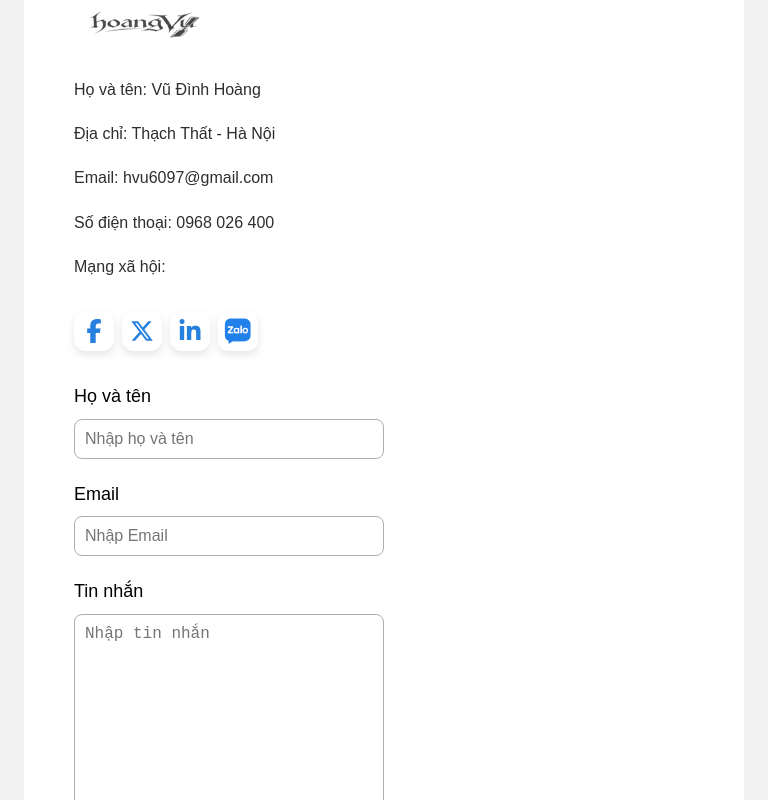
Repository: hoang28092000/portfolio
Page: pages/contact.html
The author's editor kept a copy of each file at every save. The page is drawn from the files as they stood at one save, then again after the next save.
The browser window is 768 px wide. The pictures show the whole page.

Above is the page before, as saved 2025-04-12 01:12:39.

### pages/contact.html
<!DOCTYPE html>
<html lang="en">
  <head>
    <meta charset="UTF-8" />
    <meta name="viewport" content="width=device-width, initial-scale=1.0" />
    <link
      rel="stylesheet"
      href="https://cdnjs.cloudflare.com/ajax/libs/font-awesome/6.7.2/css/all.min.css"
      integrity="sha512-Evv84Mr4kqVGRNSgIGL/F/aIDqQb7xQ2vcrdIwxfjThSH8CSR7PBEakCr51Ck+w+/U6swU2Im1vVX0SVk9ABhg=="
      crossorigin="anonymous"
      referrerpolicy="no-referrer"
    />
    <link rel="stylesheet" href="../css/pages.css" />
    <link rel="stylesheet" href="../css/responsive-pages.css" />
    <title>Liên hệ</title>
  </head>
  <body>
    <main id="main-contact">
      <div class="container">
       <div class="contact">
        <h2 class="title-heading title-contact">Liên hệ</h2>
        <div class="content-contact">
          <div class="contact-left">
            <div class="logo-contact">
              <img
                src="../asset/image/hoangVu_logo.png"
                alt="logo"
                class="img-logo-contact"
              />
            </div>
            <div class="info-contact">
              <p class="txt-contact">Họ và tên: Vũ Đình Hoàng</p>
              <p class="txt-contact">Địa chỉ: Thạch Thất - Hà Nội</p>
              <p class="txt-contact">Email: hvu6097@gmail.com</p>
              <p class="txt-contact">Số điện thoại: 0968 026 400</p>
            </div>
            <p class="txt-contact">Mạng xã hội:</p>
            <div class="social-contact">
              <a
                href="https://www.facebook.com/profile.php?id=100008725181742"
                target="_blank"
                ><i class="fa-brands fa-facebook-f icon-contact"></i
              ></a>
              <a href="https://x.com/kinsman2809" target="_blank"
                ><i class="fa-brands fa-x-twitter icon-contact"></i
              ></a>
              <a
                href="https://www.linkedin.com/in/ho%C3%A0ng-v%C5%A9-0b4891179/"
                target="_blank"
                ><i class="fa-brands fa-linkedin-in icon-contact"></i
              ></a>
              <a href="https://zalo.me/0968026400" target="_blank">
                <img src="../asset/image/icon-zalo.png" alt="zalo" class="img-social-contact">
              </a>
            </div>
          </div>
          <div class="contact-right">
            <form action="" class="form-contact">
              <div class="input-contact">
                <label for="name" class="label-contact">Họ và tên</label>
                <input type="text" id="name" placeholder="Nhập họ và tên" class="input-field" required />
              </div>
              <div class="input-contact">
                <label for="email" class="label-contact">Email</label>
                <input type="email" id="email" placeholder="Nhập Email" class="input-field" required />
              </div>
              <div class="input-contact">
                <label for="message" class="label-contact">Tin nhắn</label>
                <textarea
                  name="message"
                  id="message" placeholder="Nhập tin nhắn"
                  cols="30"
                  rows="10"
                  class="input-field"
                  required
                ></textarea>
              </div>
              <button type="submit" class="btn-submit">Gửi</button>
            </form>
          </div>
        </div>
       </div>
      </div>
    </main>
  </body>
</html>

### css/pages.css
* {
  padding: 0;
  margin: 0;
  box-sizing: border-box;
}
html {
  font-family: Poppins, sans-serif;
  font-size: 62.5%;
}

.container {
  width: 1170px;
  max-width: calc(100% - 48px);
  margin: 0 auto;
}

/* main */

#about,
#skills {
  background-color: #f2f2f2;
}
.top-content-about {
  padding: 60px 0;
  display: flex;
  justify-content: space-between;
  align-items: center;
}
.about-left {
  width: 40%;
}
.img-about {
  width: 100%;
  border: 6px solid #7a7575;
  border-radius: 50%;
}
.about-right {
  max-width: 702px;
  height: 362px;
  margin-left: 120px;
  padding-right: 60px;
}
.title-heading {
  font-size: 6rem;
  color: #2e2e2e;
  font-weight: 700;
  margin-bottom: 30px;
}
.about-right .desc-about {
  font-size: 1.6rem;
  color: #6b6565;
  font-weight: 500;
  line-height: 1.76;
  margin-top: 20px;
  text-align: justify;
}
.content-main {
  display: grid;
  grid-template-columns: 1fr 1fr;
  gap: 80px;
  padding-top: 70px;
}
.paragraph {
  margin-bottom: 20px;
}
.heading-main {
  font-size: 2rem;
  color: #2e2e2e;
  margin-bottom: 10px;
  line-height: 1.66;
}
.desc-content-main {
  font-size: 1.6rem;
  color: #2e2e2e;
  font-weight: 300;
  line-height: 1.76;
  text-align: justify;
}
.list-img-about {
  display: flex;
  justify-content: center;
  align-items: center;
  margin-top: 30px;
  gap: 20px;
  padding-bottom: 30px;
}
.list-img-about img {
  width: 200px;
  height: 200px;
  border-radius: 10px;
  border: 1px solid #2e2e2e;
  transition: all 0.3s ease-in-out;
}
.list-img-about img:hover {
  transform: scale(1.1);
  border: 2px solid #fff;
}

/* skills */
.title-skills {
  padding-top: 60px;
  text-align: center;
}
#skills ul {
    padding-left: 18px;
}

.my-project{
    margin-top: 70px;
}
.list-project{
    display: grid;
    grid-template-columns: repeat(auto-fit, minmax(300px, 1fr));
    gap: 30px;
    margin-top: 60px;
}
.list-project a{
    text-decoration: none;
    color: #2e2e2e;
}
.card-project{
    position: relative;
    background-color: #fff;
    border-radius: 10px;
    box-shadow: 0 4px 8px rgba(0, 0, 0, 0.1);
    overflow: hidden;
    transition: all 0.3s ease-in-out;
    cursor: pointer;
}
.card-project:hover{
    transform: scale(1.05);
    box-shadow: 0 8px 16px rgba(0, 0, 0, 0.2);
}
.card-project::after {
    display: flex;
    justify-content: center;
    align-items: center;
    font-weight: 600;
    color: #fff;
    content: 'Xem Thêm Demo';
    font-size: 3rem;
    position: absolute;
    top: 0; left: 0;
    width: 100%; height: 100%;
    background: #16161633; /* màu đen mờ */
    opacity: 0;
    transition: opacity 0.3s ease;
    pointer-events: none; /* để không cản trở click hay hover */
    z-index: 1;
  }
  .card-project:hover::after {
    opacity: 1;
  }

.card-project img{
    width: 100%;
    height: 200px;
    object-fit: cover;
}

.info-card{
    padding: 30px 20px 20px;
    text-align: center;

}
.heading-card{
    font-size: 2rem;
    color: #2e2e2e;
    margin-bottom: 10px;
}
.desc-card{
    font-size: 1.6rem;
    color: #2e2e2e;
    font-weight: 300;
    line-height: 1.76;
}
.desc-card span {
    font-weight: bold;
}

#main-contact{
    padding: 60px 0;
    background-color: #f2f2f2;
}
#main-contact .title-contact{
    font-size: 4rem;
    text-align: center;
    margin-bottom: 30px;
}

/* contact */
#main-contact{
    display: flex;
    justify-content: center;
    align-items: center;
    width: 100%;
    height: 100vh;
    overflow: hidden;
}
.contact{
    background-color: #fff;
    padding: 50px;
}
.contact .content-contact{
    display: flex;
    justify-content: space-between;
}

.contact-left {
    width: 50%;
}
.logo-contact{
    display: flex;
    align-items: center;
    margin-bottom: 20px;
}
.img-logo-contact{
    width: 140px;
    height: 60px;
    padding: 10px;

}

.img-social-contact{
    width: 60px;
    height: 60px;
    border-radius: 10px;
    box-shadow: 0 4px 8px rgba(0, 0, 0, 0.1);

}
.img-social-contact:hover,
.icon-contact:hover{
    transform: scale(1.1);
    box-shadow: 0 8px 16px rgba(0, 0, 0, 0.2);
}
.social-contact{
    display: flex;
    align-items: center;
    height: 60px;
    gap: 20px;
    margin-top: 20px;
}
.social-contact a{
    width: 60px;
    height: 60px;
    display: block;
    text-decoration: none;
    color: #2e2e2e;
}
.contact-right {
    width: 50%;
}
.icon-contact{
    width: 60px;
    height: 60px;
    display: flex;
    justify-content: center;
    align-items: center;
    font-size: 2.6rem;
    box-shadow: 0 4px 8px rgba(0, 0, 0, 0.1);
    border-radius: 12px;
    color: #2680de;
}

.txt-contact{
    font-size: 1.8rem;
    color: #2e2e2e;
    margin-bottom: 12px;
    line-height: 1.76;
}
.input-contact{
    margin-bottom: 20px;
}

.label-contact{
    display: block;
    font-size: 1.8rem;
    color: #000000;
    line-height: 1.76;
    font-weight: 500;
    margin-bottom: 6px;
}
.input-contact input{
    width: 100%;
    padding: 10px;
    border-radius: 8px;
    border: 1px solid #afacac;
    font-size: 1.6rem;
    color: #2e2e2e;
    outline: none;
}
.input-contact textarea{
    width: 100%;
    padding: 10px;
    border-radius: 8px;
    border: 1px solid #afacac;
    font-size: 1.6rem;
    color: #2e2e2e;
    outline: none;
}

.btn-submit{
    background-color: #2680de;
    color: #fff;
    padding: 10px 20px;
    border-radius: 8px;
    border: none;
    font-size: 1.8rem;
    cursor: pointer;
    transition: all 0.3s ease-in-out;
}
.btn-submit:hover{
    background-color: #1a5bb8;
}

### css/responsive-pages.css
/* bout-me */
@media (min-width: 1024.02px) and (max-width: 1169.98px) {
  .top-content-about {
    display: flex;
    flex-direction: column;
    align-items: center;
    padding-bottom: 40px;
  }
  .list-img-about {
    display: flex;
    flex-wrap: wrap;
    justify-content: center;
    align-items: start;
    gap: 30px;
  }
  .list-img-about img {
    max-width: 200px;
    display: block;
    border: 1px solid #2e2e2e;
  }
  .about-left {
    width: 60%;
    margin-bottom: 30px;
  }
  .about-right {
    width: 100%;
    margin-left: 0;
    padding-right: 0;
  }
  .title-heading {
    font-size: 6rem;
    text-align: center;
    margin-bottom: 16px;
  }
  .about-right .desc-about {
    font-size: 1.8rem;
    margin-bottom: 20px;
  }

  /* contact */

}
@media (max-width: 1024px) {
  .list-img-about {
    display: grid;
    grid-template-columns: 1fr 1fr 1fr;
    gap: 20px;
    flex-wrap: wrap;
    padding-bottom: 30px;
    align-items: start;
  }
  .about-left {
    width: 40%;
  }
  .about-right {
    width: 60%;
  }
  .img-about {
    width: 100%;
    height: auto;
    border-radius: 50%;
    border: 1px solid #2e2e2e;
  }
  .list-img-about img {
    display: block;
    width: 100%;
    height: auto;
    border: 1px solid #2e2e2e;
  }

}
@media (min-width: 768px) and (max-width: 1023.98px) {
  .about-right {
    width: 60%;
    height: auto;
  }
}
@media (max-width: 768px) {
  .top-content-about {
    display: flex;
    flex-direction: column;
    align-items: center;
    padding-bottom: 40px;
  }
  .about-left {
    margin-bottom: 30px;
  }
  .paragraph {
    text-align: justify;
  }
  .about-right {
    width: 100%;
    margin-left: 0;
    padding-right: 0;
  }
  .title-heading {
    font-size: 5rem;
    text-align: center;
    margin-bottom: 16px;
  }
  .about-right .desc-about {
    font-size: 1.6rem;
    margin-bottom: 20px;
    text-align: justify;
  }

  .list-img-about {
    display: grid;
    grid-template-columns: 1fr 1fr;
  }
  .list-img-about img {
    width: 100%;
    height: auto;
    border: 1px solid #2e2e2e;
  }
  .content-contact{
    display: grid;
    grid-template-columns: 300px 1fr;
    flex-wrap: wrap;
    gap: 20px;
  }
  .txt-contact{
    font-size: 1.6rem;
    margin-bottom: 16px;
  }
  .social-contact{
    gap: 8px;
  }
  .social-contact a{
    height: 40px;
    width: 40px;
  }
  .img-social-contact{
    width: 40px;
    height: 40px;
  }
  .icon-contact{
    width: 40px;
    height: 40px;
    font-size: 2.4rem;
    margin-right: 10px;
  }
  #main-contact{}
}
@media (max-width: 480px) {

  .top-content-about {
    display: flex;
    flex-direction: column;
    align-items: center;
    padding-bottom: 40px;
  }
  .about-left {
    width: 60%;
    margin-bottom: 30px;
  }
  .list-img-about {
    display: grid;
    grid-template-columns: 1fr 1fr;
    gap: 10px;
    padding-bottom: 0;
  }
  .about-right {
    width: 100%;
    margin-left: 0;
    padding-right: 0;
  }
  .title-heading {
    font-size: 4rem;
    text-align: center;
    margin-bottom: 16px;
  }
  .about-right .desc-about {
    font-size: 1.6rem;
    margin-bottom: 20px;
  }
  .content-main {
    grid-template-columns: 1fr;
  }
  .paragraph {
    margin-bottom: 14px;
  }
  .paragraph .heading-main {
    font-size: 1.8rem;
    margin-bottom: 10px;
  }
  .list-img-about img {
    width: 100%;
    height: auto;
    border: 1px solid #2e2e2e;
  }
}

After the next save:
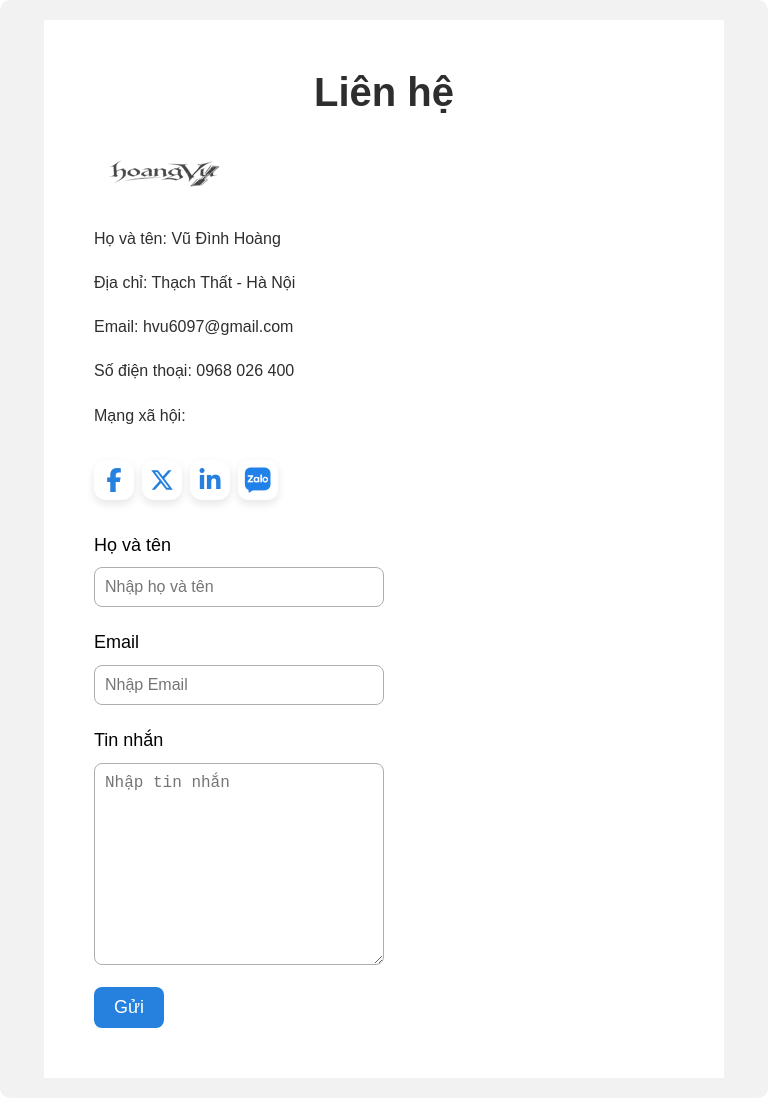
Saved 27 s later.
--- a/css/responsive-pages.css
+++ b/css/responsive-pages.css
@@ -140,7 +140,13 @@
     font-size: 2.4rem;
     margin-right: 10px;
   }
-  #main-contact{}
+  #main-contact{
+    width: 100%;
+    height: 100%;
+    padding: 20px;
+    border-radius: 10px;
+    background-color: #f2f2f2;
+  }
 }
 @media (max-width: 480px) {
 

After the 4 saves that followed:
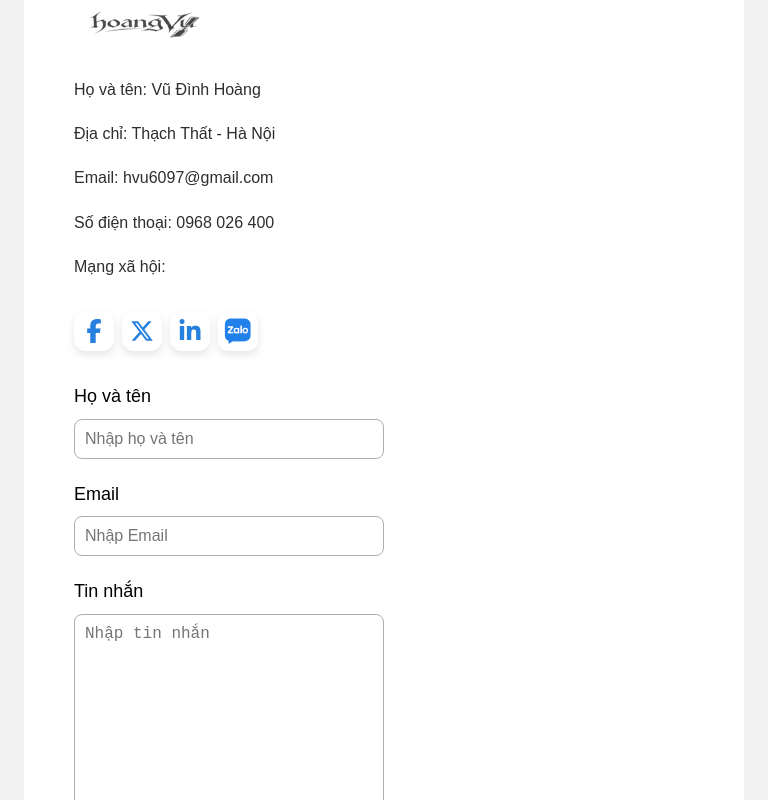
The 4 saves are shown as one change because they came seconds apart.
The last was saved 9 s later.
--- a/css/responsive-pages.css
+++ b/css/responsive-pages.css
@@ -141,11 +141,7 @@
     margin-right: 10px;
   }
   #main-contact{
-    width: 100%;
-    height: 100%;
-    padding: 20px;
-    border-radius: 10px;
-    background-color: #f2f2f2;
+
   }
 }
 @media (max-width: 480px) {
